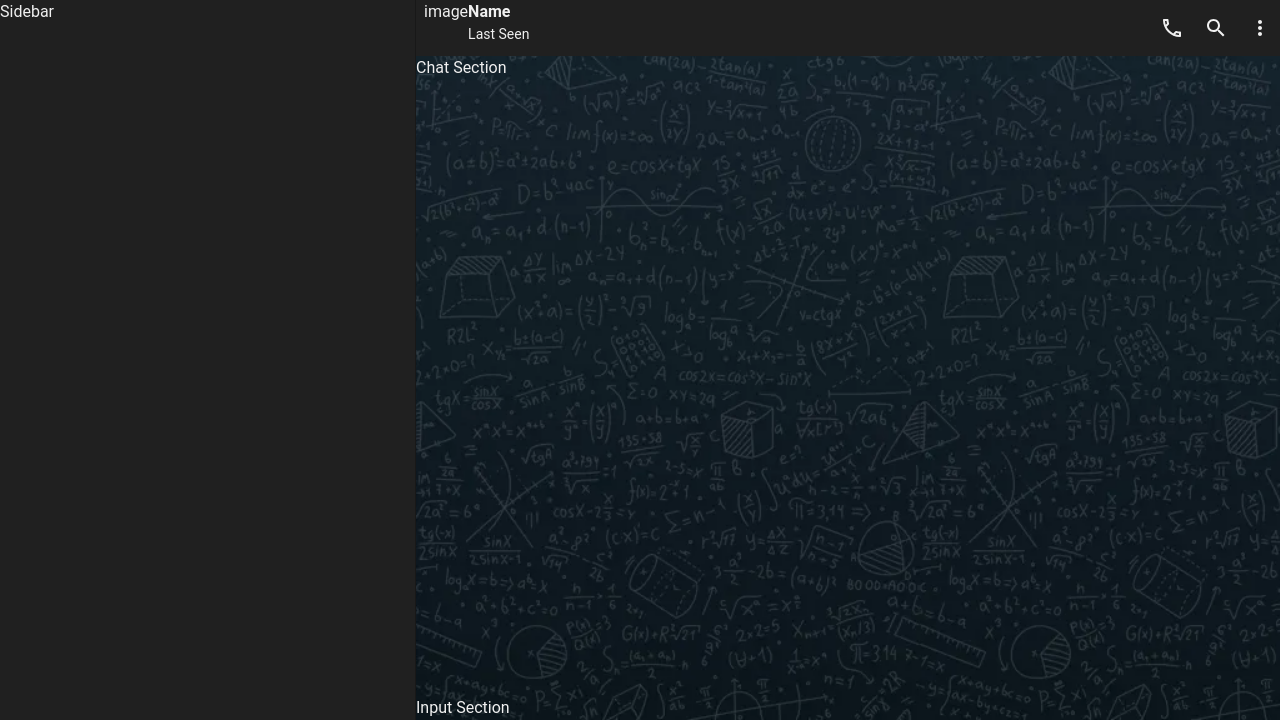
Repository: Qu4ntumGuy/telegram-clone
Page: /
The author's editor kept a copy of each file at every save. The page is drawn from the files as they stood at one save, then again after the next save.
The browser window is 1280 px wide. The pictures show the whole page.
The project was rebuilt for these pictures with package versions that can differ from the ones it lists, and the page was loaded fresh each time. Also part of the build but not shown: src/Utils/ContextProvider.js, src/Pages/ChatPage.js/ChatPage.js.

Above is the page before, as saved 2024-07-15 12:03:45.

### src/index.css
@tailwind base;
@tailwind components;
@tailwind utilities;

:root {
  font-family: "Roboto", sans-serif;
  color-scheme: light;
  body {
    @apply bg-[#181818] text-[#f0f0f0];
  }
}
/*
:root {
  @apply bg-[#181818];
} */

### src/App.js
import { Routes, BrowserRouter, Route } from "react-router-dom";
import Sidebar from "./Components/Sidebar";
import Home from "./Pages/Home/Home";
import ChatPage from "./Pages/ChatPage.js/ChatPage";

function App() {
  return (
    <div className="flex max-w-[105rem] mx-auto">
      <Sidebar />
      <BrowserRouter>
        <Routes>
          <Route path="/" element={<Home />} />
          <Route path="/k/:id" element={<ChatPage />} />
        </Routes>
      </BrowserRouter>
      {/* <Home /> */}
    </div>
  );
}

export default App;

### src/Components/Sidebar.js
import React from "react";
import { useComponentContext } from "../Utils/ContextProvider";

function Sidebar() {
  const context = useComponentContext();
  return (
    <div className="w-full md:max-w-[26rem] bg-[#202020] border-r border-[#181818] h-screen">
      Sidebar
    </div>
  );
}

export default Sidebar;

### src/Pages/Home/Home.js
import React from "react";
import backgroundImage from "../../Assets/Desktop.webp";
import Topbar from "../../Components/Topbar";

function Home() {
  const image =
    "https://blog.1a23.com/wp-content/uploads/sites/2/2020/02/pattern_02-150x150.png";

  //   const divStyle = {
  //     width: "100%",
  //     height: "100vh", // Adjust the height as needed
  //     backgroundImage: `url(${backgroundImage})`,
  //     backgroundSize: "cover", // Ensures the image covers the entire div
  //     backgroundPosition: "center", // Centers the image
  //   };
  return (
    <div
      className="md:flex flex-col justify-center bg-cover h-screen hidden md:w-full "
      style={{ backgroundImage: `url(${backgroundImage})` }}
    >
      <div className="top-0 mb-auto h-14 bg-[#202020]">
        <Topbar />
      </div>
      <div className="flex flex-col h-full">
        <div className="top-0">Chat Section</div>
        <div className="bottom-0 mt-auto">Input Section</div>
      </div>
    </div>
  );
}

export default Home;

### src/Components/Topbar.js
import React from "react";
import CallOutlinedIcon from "@mui/icons-material/CallOutlined";
import SearchIcon from "@mui/icons-material/Search";
import MoreVertIcon from "@mui/icons-material/MoreVert";

function Topbar() {
  return (
    <div className="flex px-2 h-14">
      <div className="flex-1 flex">
        <div>image</div>
        <div className="flex flex-col">
          <div className="font-semibold">Name</div>
          <div className="text-sm"> Last Seen</div>
        </div>
      </div>
      <div className="flex items-center space-x-5">
        <div>
          <CallOutlinedIcon />
        </div>
        <div>
          <SearchIcon />
        </div>
        <div>
          <MoreVertIcon />
        </div>
      </div>
    </div>
  );
}

export default Topbar;

Loaded but not shown: public/index.html (common file); src/index.js (common file); src/reportWebVitals.js (common file); tailwind.config.js (common file)

After the next save:
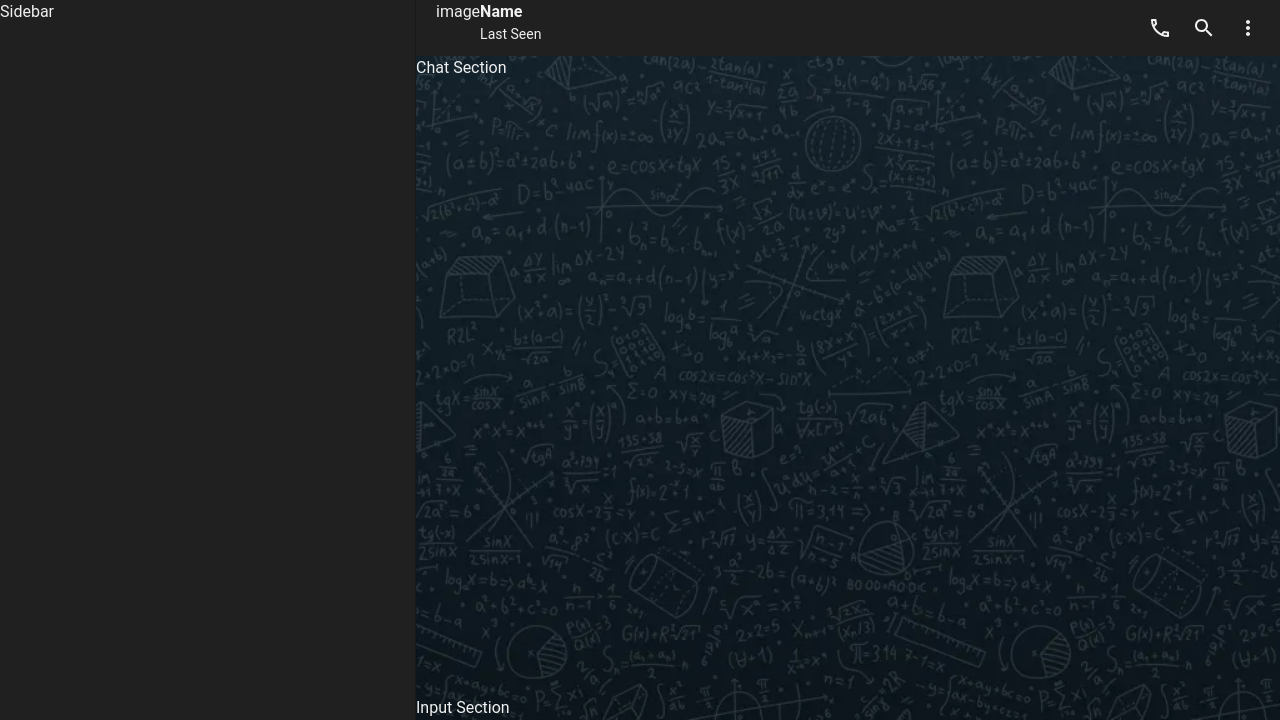
Saved 24 s later.
--- a/src/Components/Topbar.js
+++ b/src/Components/Topbar.js
@@ -5,7 +5,7 @@ import MoreVertIcon from "@mui/icons-material/MoreVert";
 
 function Topbar() {
   return (
-    <div className="flex px-2 h-14">
+    <div className="flex px-5 h-14">
       <div className="flex-1 flex">
         <div>image</div>
         <div className="flex flex-col">
